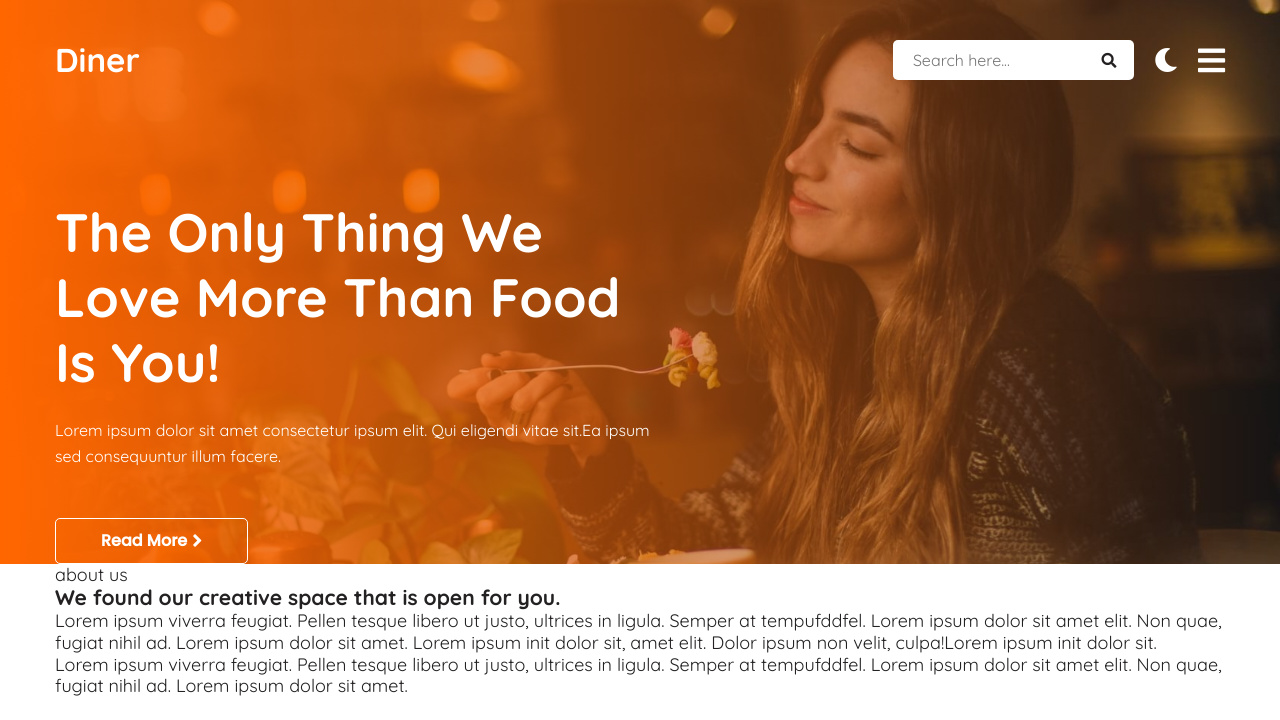
Repository: baobaodeveloper/bootscap21_project_AnhBao_VietToan_VietDuc
Page: index.html
The author's editor kept a copy of each file at every save. The page is drawn from the files as they stood at one save, then again after the next save.
The browser window is 1280 px wide. The pictures show the whole page.
Backgrounds fixed to the window are drawn as part of the page.

Above is the page before, as saved 2022-03-03 09:06:52.

After the next save:
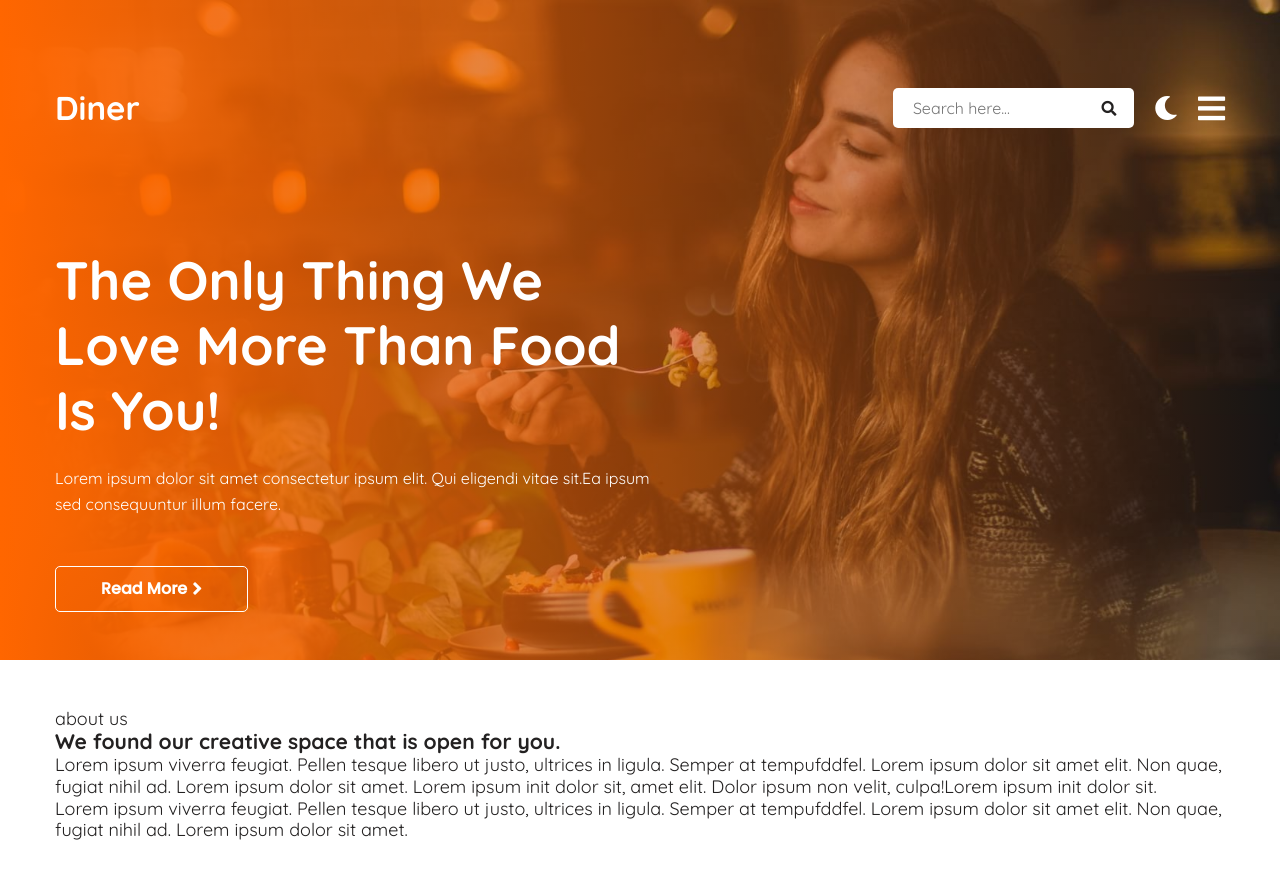
Saved 2 min 3 s later.
--- a/style.css
+++ b/style.css
@@ -43,7 +43,7 @@
 .container {
   max-width: 1200px;
   margin: 0 auto;
-  padding: 0 1.5rem;
+  padding: 4.8rem 1.5rem;
 }
 
 body {

After the 2 saves that followed:
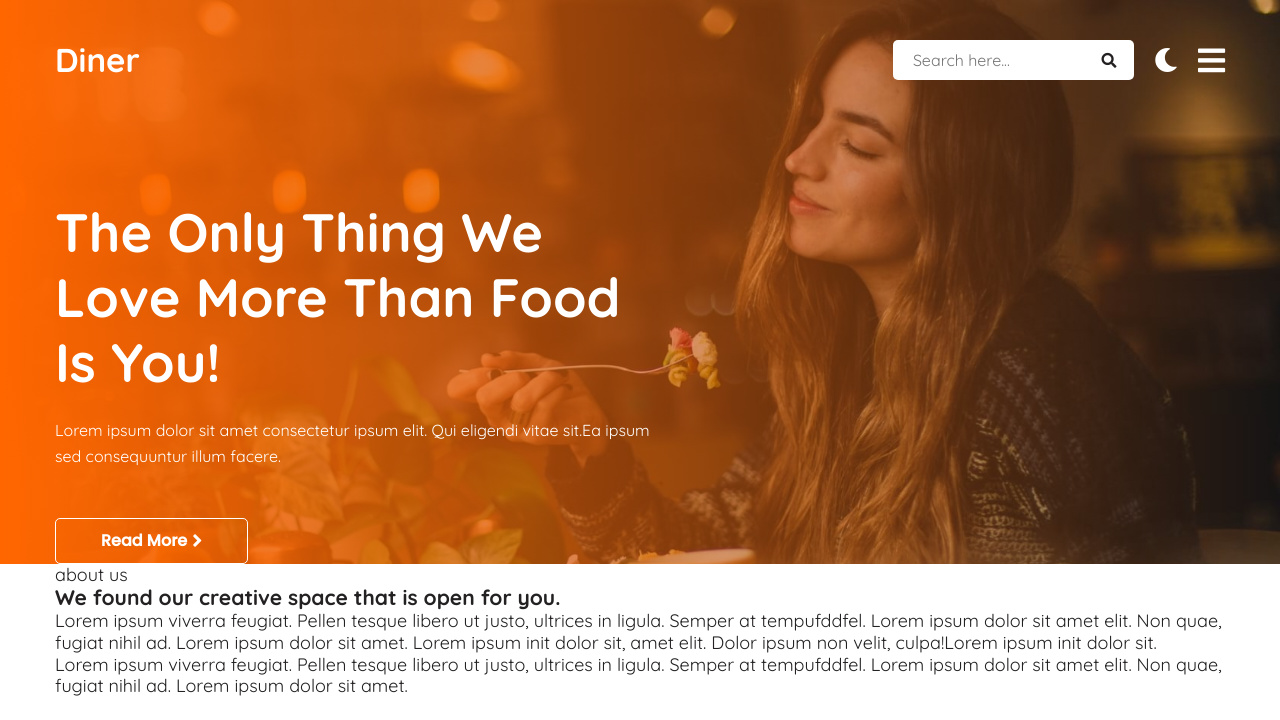
The 2 saves are shown as one change because 1 left the picture as it was.
The last was saved 25 s later.
--- a/style.css
+++ b/style.css
@@ -43,7 +43,7 @@
 .container {
   max-width: 1200px;
   margin: 0 auto;
-  padding: 4.8rem 1.5rem;
+  padding: 0 1.5rem;
 }
 
 body {
@@ -52,11 +52,6 @@
   font-family: var(--primary-font);
   font-size: 1.8rem;
   line-height: 1.2;
-}
-
-section {
-  padding-top: 4.8rem;
-  padding-bottom: 4.8rem;
 }
 
 .btn {
